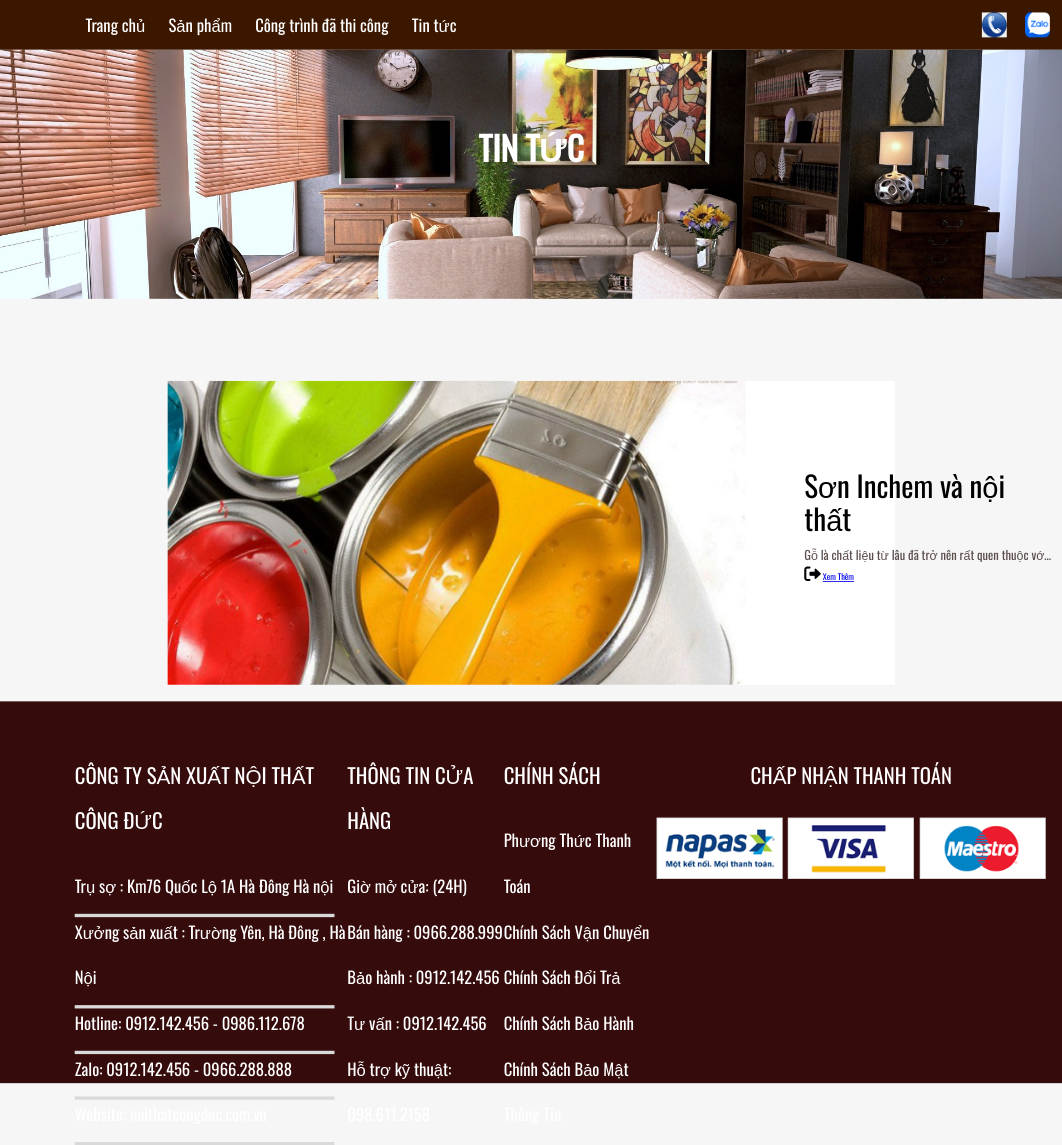
Repository: KHANHD192/FigmaTo-HTML
Page: APP-SHOP/tintuc.html
An editor plug-in stored every save of this project. The page is shown before and after the next save, followed by the edit.
The browser window is 1280 px wide. The pictures show the whole page, at 83% of full size.

Above is the page before, as saved 2022-11-22 14:50:29.

After the next save:
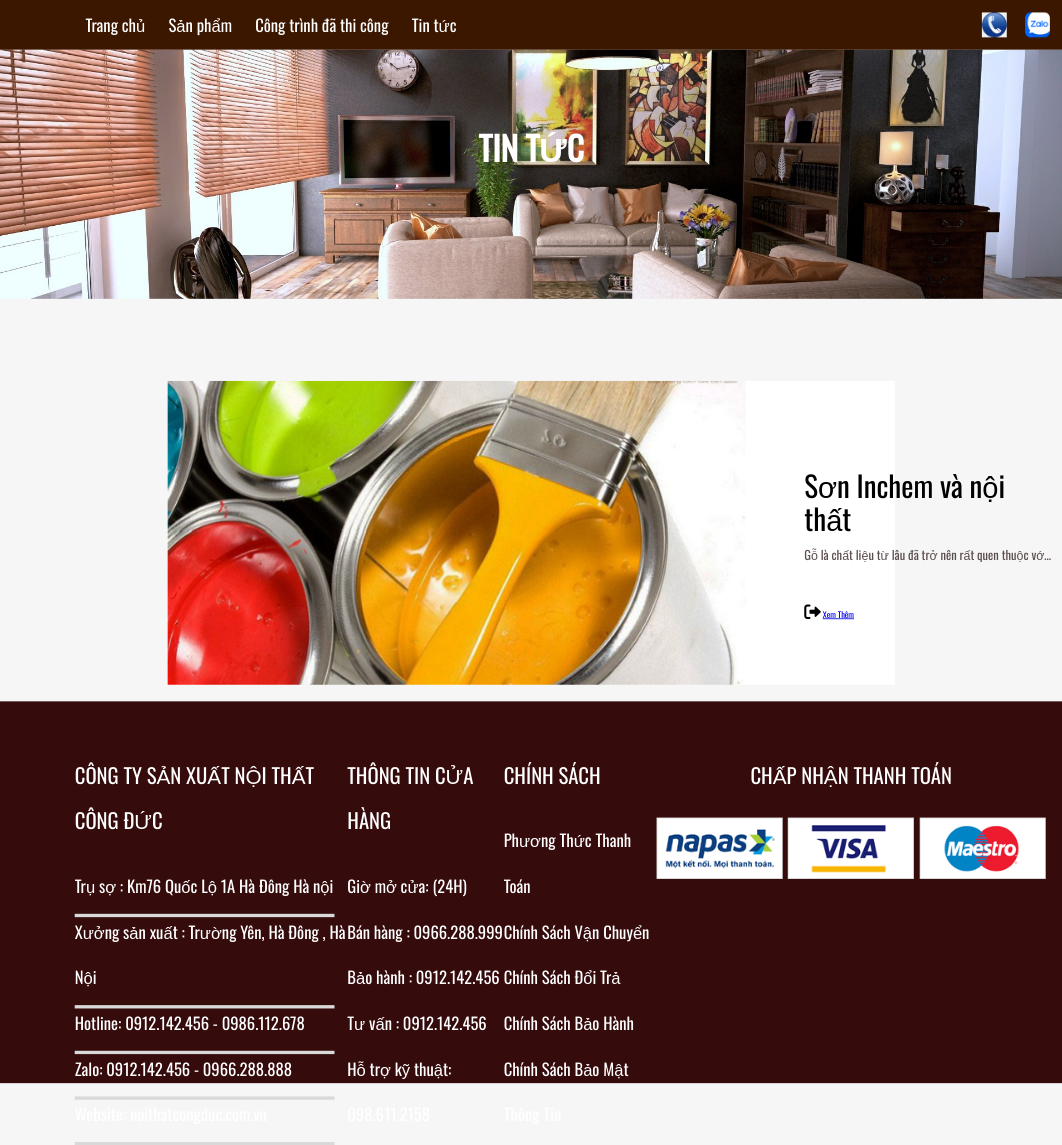
Saved 11 s later.
--- a/APP-SHOP/tintuc.html
+++ b/APP-SHOP/tintuc.html
@@ -61,7 +61,7 @@
             font-size: 15px;
             font-weight: 300;
             margin-top:2px;
-            margin-bottom: 5px;
+            margin-bottom: 50px;
             color: #5D4E4E;
             white-space: nowrap;
             max-width:  30rem;
